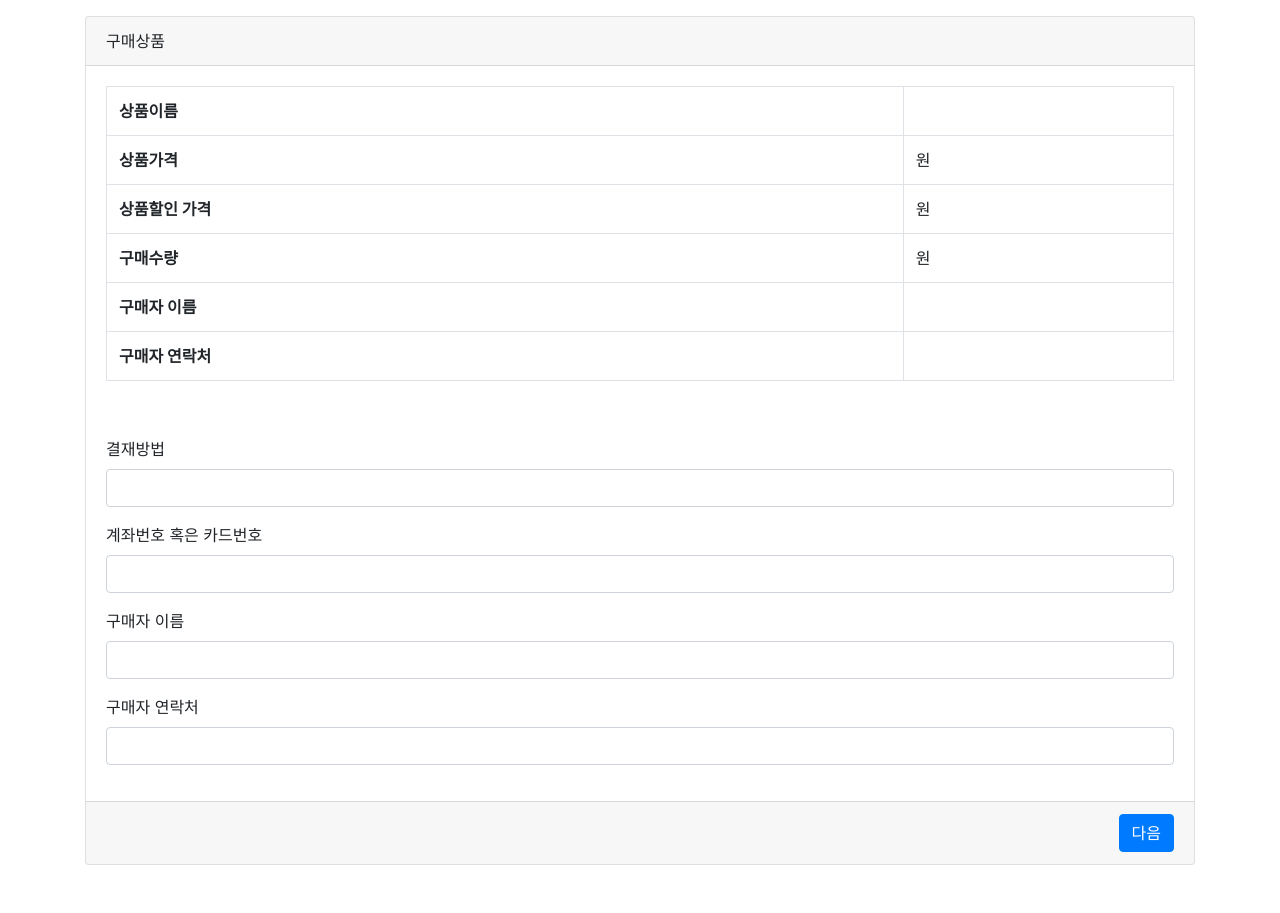
Repository: Hayebeom/workspace
Page: http://localhost/spring-mvc/WEB-INF/views/order/step3.jsp
The author's editor kept a copy of each file at every save. The page is drawn from the files as they stood at one save, then again after the next save.
The browser window is 1280 px wide. The pictures show the whole page.
The page is served by Tomcat 9. Nobody is signed in. Other server files are loaded and not shown. The template is opened directly, without the code that normally fills it, so the values that code supplies are empty.

Above is the page before, as saved 2020-08-04 07:36:31.

### spring-mvc/src/main/webapp/WEB-INF/views/order/step3.jsp
<%@ page language="java" contentType="text/html; charset=UTF-8"
    pageEncoding="UTF-8"%>
<%@ taglib prefix="c" uri="http://java.sun.com/jsp/jstl/core" %>
<%@ taglib prefix="fmt" uri="http://java.sun.com/jsp/jstl/fmt" %>
<!DOCTYPE html>
<html>
<head>
<meta charset="UTF-8">
<meta name="viewport" content="width=device-width, initial-scale=1">
<link rel="stylesheet" href="/resources/bootstrap/css/bootstrap.min.css">
<title>쇼핑몰</title>
</head>
<body>
<div class="container mt-3 mb-5">
	<div class="row">
		<div class="col-12">
			<div class="card">
			<form method="POST" action="step1.do">
				<div class="card-header">구매상품</div>
				<div class="card-body">
					<table class="table table-bordered">
						<tbody>
							<tr>
								<th>상품이름</th>
								<td>${orderForm.productName }</td>
							</tr>
							<tr>
								<th>상품가격</th>
								<td><fmt:formatNumber value="${orderForm.productPrice}"/>원</td>
							</tr>
							<tr>
								<th>상품할인 가격</th>
								<td><fmt:formatNumber value="${orderForm.productDiscountPrice}"/>원</td>
							</tr>
							<tr>
								<th>구매수량</th>
								<td><fmt:formatNumber value="${orderForm.amount}"/>원</td>
							</tr>
							<tr>
								<th>구매자 이름</th>
								<td>${username }</td>
							</tr>
							<tr>
								<th>구매자 연락처</th>
								<td>${usertel }</td>
							</tr>
						</tbody>
					</table>
				</div>
				<div class="card-body">
					<div class="form-group">
						<label>결재방법</label>
						<input type="text" class="form-control" name="payType">
					</div>
					<div class="form-group">
						<label>계좌번호 혹은 카드번호</label>
						<input type="text" class="form-control" name="payAccount">
					</div>
					<div class="form-group">
						<label>구매자 이름</label>
						<input type="number" class="form-control" name="username">
					</div>
					<div class="form-group">
						<label>구매자 연락처</label>
						<input type="text" class="form-control" name="usertel">
					</div>
				</div>
				<div class="card-footer text-right">
					<button type="submit" class="btn btn-primary">다음</button>
				</div>
			</form>
			</div>
		</div>
	</div>
</div>

</body>
</html>

Loaded but not shown: spring-mvc/src/main/webapp/resources/bootstrap/css/bootstrap.min.css (library)

After the next save:
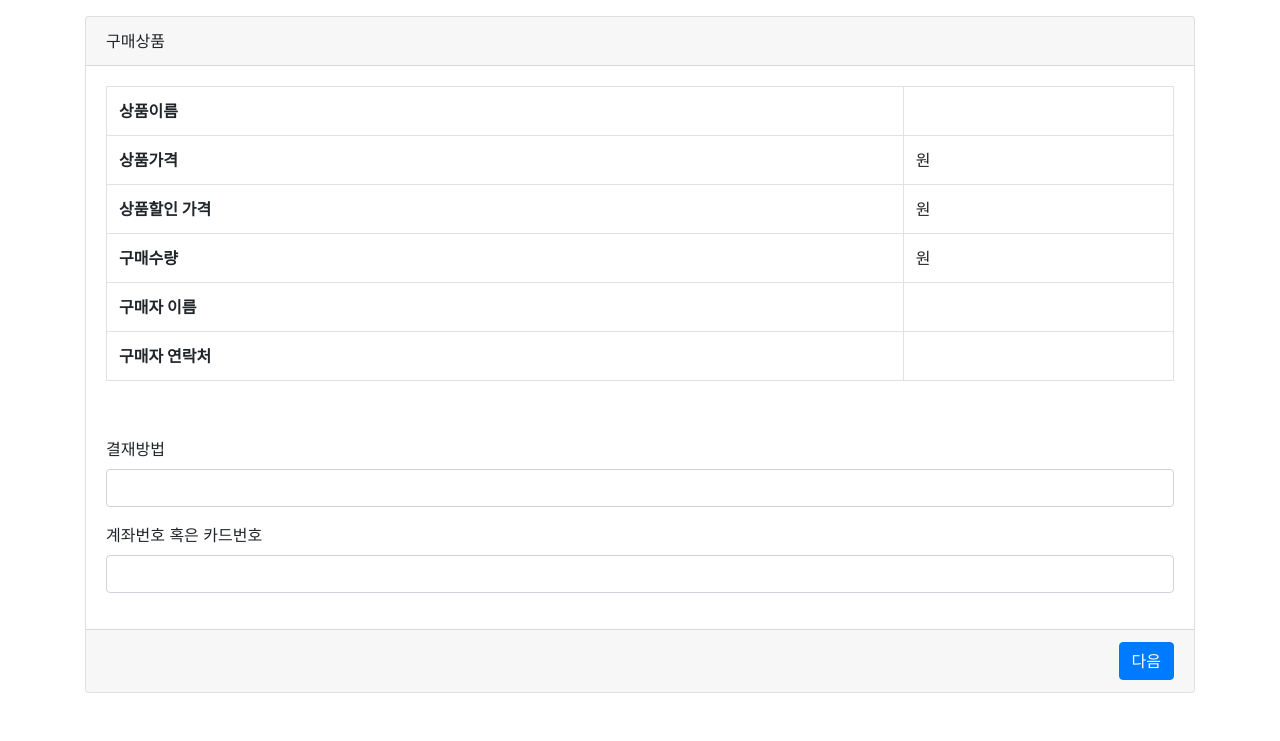
Saved 18 s later.
--- a/spring-mvc/src/main/webapp/WEB-INF/views/order/step3.jsp
+++ b/spring-mvc/src/main/webapp/WEB-INF/views/order/step3.jsp
@@ -15,7 +15,7 @@
 	<div class="row">
 		<div class="col-12">
 			<div class="card">
-			<form method="POST" action="step1.do">
+			<form method="POST" action="step2.do">
 				<div class="card-header">구매상품</div>
 				<div class="card-body">
 					<table class="table table-bordered">
@@ -56,14 +56,6 @@
 						<label>계좌번호 혹은 카드번호</label>
 						<input type="text" class="form-control" name="payAccount">
 					</div>
-					<div class="form-group">
-						<label>구매자 이름</label>
-						<input type="number" class="form-control" name="username">
-					</div>
-					<div class="form-group">
-						<label>구매자 연락처</label>
-						<input type="text" class="form-control" name="usertel">
-					</div>
 				</div>
 				<div class="card-footer text-right">
 					<button type="submit" class="btn btn-primary">다음</button>
